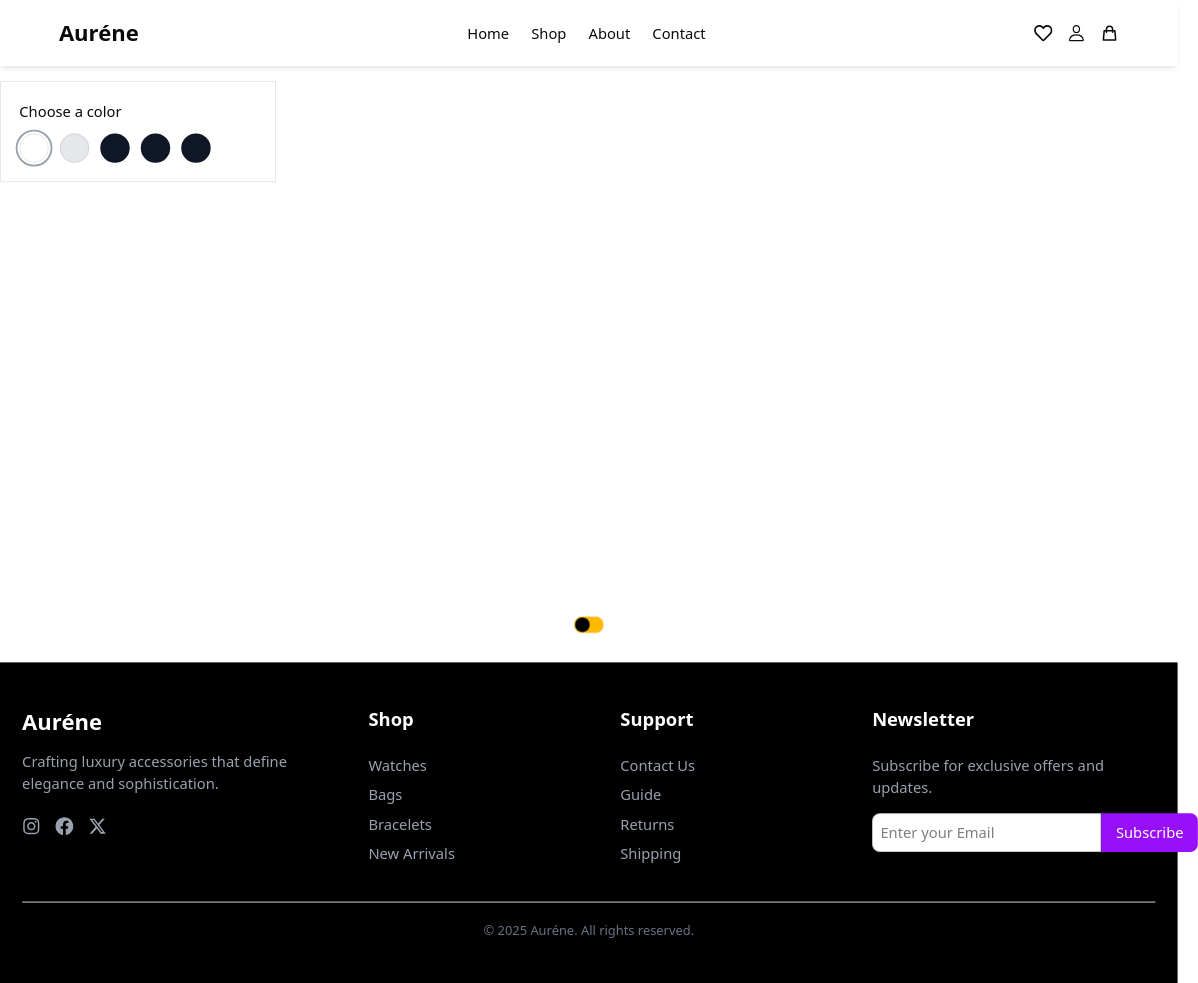
Repository: oehab30/Aur-ne-e-commerce-
Page: /Wishlist
An editor plug-in stored every save of this project. The page is shown before and after the next save, followed by the edit.
The browser window is 1280 px wide. The page is 1302 px wide, so the pictures cover 1302 px, including what lies to the right of the window. The pictures show the whole page, at 92% of full size.
The project was rebuilt for these pictures with package versions that can differ from the ones it lists, and the page was loaded fresh each time. Also part of the build but not shown: src/components/home-page/Hero.tsx, src/components/home-page/Hotoffers.tsx, src/components/home-page/Dontmiss.tsx, src/components/home-page/Featuredcollection.tsx, src/components/home-page/BestSellers.tsx, src/components/home-page/Summercollection.tsx, src/pages/Home.tsx, src/components/common/Categories.tsx and 7 more.

Above is the page before, as saved 2025-11-26 18:55:24.

### index.html
<!doctype html>
<html lang="en">
  <head>
    <meta charset="UTF-8" />
    <link rel="icon" type="image/svg+xml" href="/vite.svg" />
    <meta name="viewport" content="width=device-width, initial-scale=1.0" />
<link
  href="https://fonts.googleapis.com/css2?family=Playfair+Display:wght@400;500;600;700&display=swap"
  rel="stylesheet"
/>

    <title>vite-project</title>
  </head>
  <body>
    <div id="root"></div>
    <script type="module" src="/src/main.tsx"></script>
  </body>
</html>

### src/main.tsx
// main.tsx
import "./assets/styles/Modules.css";
import React from "react";
import ReactDOM from "react-dom/client";
import Routes from "./Routes/Routes"; // this is your router setup

ReactDOM.createRoot(document.getElementById("root")!).render(
  <React.StrictMode>
    <Routes />
  </React.StrictMode>
)

### src/assets/styles/Modules.css
@import url('https://fonts.googleapis.com/css2?family=Playfair+Display:wght@400;500;600;700&display=swap');

@import "tailwindcss";

@import "tw-animate-css";

@custom-variant dark (&:where(.dark *) );

:root {
  --primary: oklch(0.205 0 0);
  --buttons: #d5ae37;
  --radius: 0.625rem;
  --background: oklch(1 0 0);
  --foreground: oklch(0.145 0 0);
  --card: oklch(1 0 0);
  --card-foreground: oklch(0.145 0 0);
  --popover: oklch(1 0 0);
  --popover-foreground: oklch(0.145 0 0);
  --primary-foreground: oklch(0.985 0 0);
  --secondary: oklch(0.97 0 0);
  --secondary-foreground: oklch(0.205 0 0);
  --muted: oklch(0.97 0 0);
  --muted-foreground: oklch(0.556 0 0);
  --accent: oklch(0.97 0 0);
  --accent-foreground: oklch(0.205 0 0);
  --destructive: oklch(0.577 0.245 27.325);
  --border: oklch(0.922 0 0);
  --input: oklch(0.922 0 0);
  --ring: oklch(0.708 0 0);
  --chart-1: oklch(0.646 0.222 41.116);
  --chart-2: oklch(0.6 0.118 184.704);
  --chart-3: oklch(0.398 0.07 227.392);
  --chart-4: oklch(0.828 0.189 84.429);
  --chart-5: oklch(0.769 0.188 70.08);
  --sidebar: oklch(0.985 0 0);
  --sidebar-foreground: oklch(0.145 0 0);
  --sidebar-primary: oklch(0.205 0 0);
  --sidebar-primary-foreground: oklch(0.985 0 0);
  --sidebar-accent: oklch(0.97 0 0);
  --sidebar-accent-foreground: oklch(0.205 0 0);
  --sidebar-border: oklch(0.922 0 0);
  --sidebar-ring: oklch(0.708 0 0);
}

@theme inline {
  --radius-sm: calc(var(--radius) - 4px);
  --radius-md: calc(var(--radius) - 2px);
  --radius-lg: var(--radius);
  --radius-xl: calc(var(--radius) + 4px);
  --color-background: var(--background);
  --color-foreground: var(--foreground);
  --color-card: var(--card);
  --color-card-foreground: var(--card-foreground);
  --color-popover: var(--popover);
  --color-popover-foreground: var(--popover-foreground);
  --color-primary: var(--primary);
  --color-primary-foreground: var(--primary-foreground);
  --color-secondary: var(--secondary);
  --color-secondary-foreground: var(--secondary-foreground);
  --color-muted: var(--muted);
  --color-muted-foreground: var(--muted-foreground);
  --color-accent: var(--accent);
  --color-accent-foreground: var(--accent-foreground);
  --color-destructive: var(--destructive);
  --color-border: var(--border);
  --color-input: var(--input);
  --color-ring: var(--ring);
  --color-chart-1: var(--chart-1);
  --color-chart-2: var(--chart-2);
  --color-chart-3: var(--chart-3);
  --color-chart-4: var(--chart-4);
  --color-chart-5: var(--chart-5);
  --color-sidebar: var(--sidebar);
  --color-sidebar-foreground: var(--sidebar-foreground);
  --color-sidebar-primary: var(--sidebar-primary);
  --color-sidebar-primary-foreground: var(--sidebar-primary-foreground);
  --color-sidebar-accent: var(--sidebar-accent);
  --color-sidebar-accent-foreground: var(--sidebar-accent-foreground);
  --color-sidebar-border: var(--sidebar-border);
  --color-sidebar-ring: var(--sidebar-ring);
}

.dark {
  --background: oklch(0.145 0 0);
  --foreground: oklch(0.985 0 0);
  --card: oklch(0.205 0 0);
  --card-foreground: oklch(0.985 0 0);
  --popover: oklch(0.205 0 0);
  --popover-foreground: oklch(0.985 0 0);
  --primary: oklch(0.922 0 0);
  --primary-foreground: oklch(0.205 0 0);
  --secondary: oklch(0.269 0 0);
  --secondary-foreground: oklch(0.985 0 0);
  --muted: oklch(0.269 0 0);
  --muted-foreground: oklch(0.708 0 0);
  --accent: oklch(0.269 0 0);
  --accent-foreground: oklch(0.985 0 0);
  --destructive: oklch(0.704 0.191 22.216);
  --border: oklch(1 0 0 / 10%);
  --input: oklch(1 0 0 / 15%);
  --ring: oklch(0.556 0 0);
  --chart-1: oklch(0.488 0.243 264.376);
  --chart-2: oklch(0.696 0.17 162.48);
  --chart-3: oklch(0.769 0.188 70.08);
  --chart-4: oklch(0.627 0.265 303.9);
  --chart-5: oklch(0.645 0.246 16.439);
  --sidebar: oklch(0.205 0 0);
  --sidebar-foreground: oklch(0.985 0 0);
  --sidebar-primary: oklch(0.488 0.243 264.376);
  --sidebar-primary-foreground: oklch(0.985 0 0);
  --sidebar-accent: oklch(0.269 0 0);
  --sidebar-accent-foreground: oklch(0.985 0 0);
  --sidebar-border: oklch(1 0 0 / 10%);
  --sidebar-ring: oklch(0.556 0 0);
}

@layer base {
  * {
    @apply border-border outline-ring/50;
  }
  body {
    @apply bg-background text-foreground;
  }
}

:root {
  --main: #d5ae37;
  --button:#cb8b04;
}

/* Hide scrollbar (optional) */
.scrollbar-hide::-webkit-scrollbar {
  display: none;
}
.scrollbar-hide {
  -ms-overflow-style: none;
  scrollbar-width: none;
}

### src/Routes/Routes.tsx
// Routes.tsx
import React from "react";
import { createBrowserRouter, RouterProvider } from "react-router";
import Layout from "../components/common/layout";
import Home from "../pages/Home";
import Shop from "../pages/Shop";
import Cart from "../pages/cart";
import Profile from "../pages/Profile";
import About from "../pages/About";
import Contact from "../pages/Contact";
import Error from "../pages/Error";
import Wishlist from "../pages/Wishlist";
import Login from "../components/login-page/Loginform"
const router = createBrowserRouter([
  {
    element: <Layout />,
    children: [
      { path: "/", element: <Home /> },
      { path: "/Shop/:category", element: <Shop /> },
      { path: "/about", element: <About /> },
      { path: "/contact", element: <Contact /> },
      { path: "/Login", element: <Login /> },
      { path: "/Wishlist", element: <Wishlist /> },
      { path: "/cart", element: <Cart /> },
      { path: "/Profile", element: <Profile /> },
    ],
  },
 { path: "*", element: <Error/> },
]);

function Routes() {
  return <RouterProvider router={router} />;
}

export default Routes;

### src/components/common/layout.tsx
// Layout.tsx
import React from "react";
import Navbar from "./navbar";
import { Outlet } from "react-router-dom";
import Darkmode from "./Darkmode";
import Footer from "./Footer";

function Layout() {
  return (
    <>
      <Navbar    />
      <main className="min-h-screen  pt-18">
<Darkmode/>
        <Outlet />        {/* 👈 Page content changes here */}
      </main>
      <Footer  />
    </>
  );
}

export default Layout;

### src/pages/Wishlist.tsx
import React from 'react'
import Color from '../components/Shop-page/color'

function Wishlist() {
  return (
    <Color/>
  )
}

export default Wishlist

### src/components/common/navbar.tsx
import React, { useState } from "react";
import { Link } from "react-router-dom";
import { FaRegHeart } from "react-icons/fa";
import { HiOutlineShoppingBag } from "react-icons/hi";
import { IoPersonOutline } from "react-icons/io5";

function Navbar() {
  const [menuOpen, setMenuOpen] = useState(false);

  return (
    <nav className="w-full fixed  shadow-md bg-white dark:bg-black z-[100] ">
      <div className="max-w-[1280px] mx-auto flex justify-between items-center py-5 px-6 md:px-16">
        {/* Logo */}
        <Link to="/" className="text-2xl font-semibold font-[Playfair Display]  dark:text-white">
          Auréne
        </Link>

        {/* Desktop Links */}
        <div className="hidden md:flex gap-6 font-medium  ">
          <Link to="/" className="hover:text-[var(--main)] dark:hover:text-[var(--main)] duration-300">Home</Link>
          <Link to="/Shop/:category" className="hover:text-[var(--main)] dark:hover:text-[var(--main)] duration-300">Shop</Link>
          <Link to="/about" className="hover:text-[var(--main)] dark:hover:text-[var(--main)] duration-300">About</Link>
          <Link to="/contact" className="hover:text-[var(--main)] dark:hover:text-[var(--main)] duration-300">Contact</Link>
        </div>

        {/* Icons + Login */}
        <div className="hidden md:flex items-center gap-4 text-xl  dark:text-white">
          <Link to="/wishlist" className="hover:text-[var(--main)] dark:hover:text-[var(--main)] duration-300"><FaRegHeart /></Link>
          <Link to="/Login" className="hover:text-[var(--main)] dark:hover:text-[var(--main)] duration-300"><IoPersonOutline /></Link>
          <Link to="/cart" className="hover:text-[var(--main)] dark:hover:text-[var(--main)] duration-300"><HiOutlineShoppingBag /></Link>
        </div>

        {/* Mobile Menu Button */}
        <button
          onClick={() => setMenuOpen(!menuOpen)}
          className="md:hidden text-3xl text-gray-700  focus:outline-none"
        >
          ☰
        </button>
      </div>

      {/* Mobile Menu */}
      {menuOpen && (
        <div className="md:hidden flex flex-col items-center gap-4 py-6 bg-white dark:bg-black  dark:text-white shadow-lg">
          <Link to="/" onClick={() => setMenuOpen(false)} className="hover:text-[var(--main)] dark:hover:text-[var(--main)] duration-300">Home</Link>
          <Link to="/Shop/:category" onClick={() => setMenuOpen(false)} className="hover:text-[var(--main)] dark:hover:text-[var(--main)] duration-300">Shop</Link>
          <Link to="/about" onClick={() => setMenuOpen(false)} className="hover:text-[var(--main)] dark:hover:text-[var(--main)] duration-300">About</Link>
          <Link to="/contact" onClick={() => setMenuOpen(false)} className="hover:text-[var(--main)] dark:hover:text-[var(--main)] duration-300">Contact</Link>
        </div>
      )}
    </nav>
  );
}

export default Navbar;

### src/components/common/Darkmode.tsx
import React, { useEffect, useState } from 'react';
import { Switch } from "@/components/ui/switch"
function Darkmode() {
  const [mode, setMode] = useState(false);

  useEffect(() => {
    if (mode) {
      document.body.classList.add('dark');
    } else {
      document.body.classList.remove('dark');
    }
  }, [mode]);

  return (
    <>
      <Switch  onClick={() => setMode(!mode)} className=" px- fixed bottom-8 left-1/2 -translate-x-1/2 z-50">

      </Switch>
    </>
  );
}

export default Darkmode;

### src/components/common/Footer.tsx
import React from 'react';
import { FaInstagram, FaFacebook } from "react-icons/fa";
import { FaXTwitter } from "react-icons/fa6";
import { Link } from 'react-router-dom';

function Footer() {
  return (
    <footer className="bg-black text-gray-400 px-6 py-12">
      <div className="max-w-7xl mx-auto flex flex-col md:flex-row justify-between gap-10">

        {/* Brand */}
        <div className="flex flex-col gap-4 md:w-1/4">
          <h1 className="text-2xl text-white font-bold">Auréne</h1>
          <p className="text-gray-400">
            Crafting luxury accessories that define elegance and sophistication.
          </p>
          <div className="flex gap-4 text-xl mt-2">
            <Link to="#" className="hover:text-purple-600 transition-colors"><FaInstagram /></Link>
            <Link to="#" className="hover:text-purple-600 transition-colors"><FaFacebook /></Link>
            <Link to="#" className="hover:text-purple-600 transition-colors"><FaXTwitter /></Link>
          </div>
        </div>

        {/* Shop Links */}
        <div className="flex flex-col gap-2 md:w-1/6">
          <h2 className="text-xl text-white font-semibold mb-4">Shop</h2>
          <Link to="#" className="hover:text-purple-600 transition-colors">Watches</Link>
          <Link to="#" className="hover:text-purple-600 transition-colors">Bags</Link>
          <Link to="#" className="hover:text-purple-600 transition-colors">Bracelets</Link>
          <Link to="#" className="hover:text-purple-600 transition-colors">New Arrivals</Link>
        </div>

        {/* Support Links */}
        <div className="flex flex-col gap-2 md:w-1/6">
          <h2 className="text-xl text-white font-semibold mb-4">Support</h2>
          <Link to="#" className="hover:text-purple-600 transition-colors">Contact Us</Link>
          <Link to="#" className="hover:text-purple-600 transition-colors">Guide</Link>
          <Link to="#" className="hover:text-purple-600 transition-colors">Returns</Link>
          <Link to="#" className="hover:text-purple-600 transition-colors">Shipping</Link>
        </div>

        {/* Newsletter */}
        <div className="flex flex-col gap-4 md:w-1/4">
          <h2 className="text-xl text-white font-semibold mb-2">Newsletter</h2>
          <p className="text-gray-400">Subscribe for exclusive offers and updates.</p>

          <form className="flex ">
            <input
             type="email"
             placeholder="Enter your Email"
            className="flex-1 p-2 rounded-l-md border border-gray-300 focus:border-purple-600 focus:outline-none text-black bg-white"
             />

            <button
              type="submit"
              className="bg-purple-600 text-white px-4 rounded-r-md hover:bg-purple-700 transition-colors"
            >
              Subscribe
            </button>
          </form>
        </div>
      </div>

      <div className="mt-10 text-center text-gray-500 text-sm">
        <hr /> <br />
        &copy; {new Date().getFullYear()} Auréne. All rights reserved.
      </div>
    </footer>
  );
}

export default Footer;

### src/components/Shop-page/color.tsx
import React from 'react'
import classNames from 'classnames'

function Color() {
  const product = {
    colors: [
      { id: 'white', name: 'White', classes: 'bg-white checked:outline-gray-400' },
      { id: 'gray', name: 'Gray', classes: 'bg-gray-200 checked:outline-gray-400' },
      { id: 'black', name: 'Black', classes: 'bg-gray-900 checked:outline-gray-900' },
      { id: 'black', name: 'Black', classes: 'bg-gray-900 checked:outline-gray-900' },
      { id: 'black', name: 'Black', classes: 'bg-gray-900 checked:outline-gray-900' },
    ],
  };

  return (
    <fieldset aria-label="Choose a color" className="mt-4 border-1 p-5 w-[300px] ">
        <h1 className='mb-3'>Choose a color</h1>
      <div className="flex items-center gap-x-3">
        {product.colors.map((color, index) => (
          <div
            key={color.id}
            className="flex rounded-full outline -outline-offset-1 outline-black/10"
          >
            <input
              value={color.id}
              defaultChecked={index === 0}
              name="color"
              type="radio"
              aria-label={color.name}
              className={classNames(
                color.classes,
                'size-8 appearance-none rounded-full forced-color-adjust-none checked:outline-2 checked:outline-offset-2 focus-visible:outline-3 focus-visible:outline-offset-3'
              )}
            />
          </div>
        ))}
      </div>
    </fieldset>
  );
}

export default Color;

### src/components/ui/switch.tsx
import * as React from "react"
import * as SwitchPrimitive from "@radix-ui/react-switch"

import { cn } from "@/lib/utils"

function Switch({
  className,
  ...props
}: React.ComponentProps<typeof SwitchPrimitive.Root>) {
  return (
    <SwitchPrimitive.Root
      data-slot="switch"
      className={cn(
        "peer data-[state=checked]:bg-white data-[state=unchecked]:bg-amber-400 focus-visible:border-ring focus-visible:ring-ring/50 dark:data-[state=unchecked]:bg-gray-500/80 inline-flex h-[1.15rem] w-8 shrink-0 items-center rounded-full border border-transparent shadow-xs transition-all outline-none focus-visible:ring-[3px] disabled:cursor-not-allowed disabled:opacity-50",
        className
      )}
      {...props}
    >
      <SwitchPrimitive.Thumb
        data-slot="switch-thumb"
        className={cn(
          "bg-black dark:data-[state=unchecked]:bg-gray-200 dark:data-[state=checked]:bg-blue-600 pointer-events-none block size-4 rounded-full ring-0 transition-transform data-[state=checked]:translate-x-[calc(100%-2px)] data-[state=unchecked]:translate-x-0"
        )}
      />
    </SwitchPrimitive.Root>
  )
}

export { Switch }

Loaded but not shown: src/Lib/utils.js (common file)

After the next save:
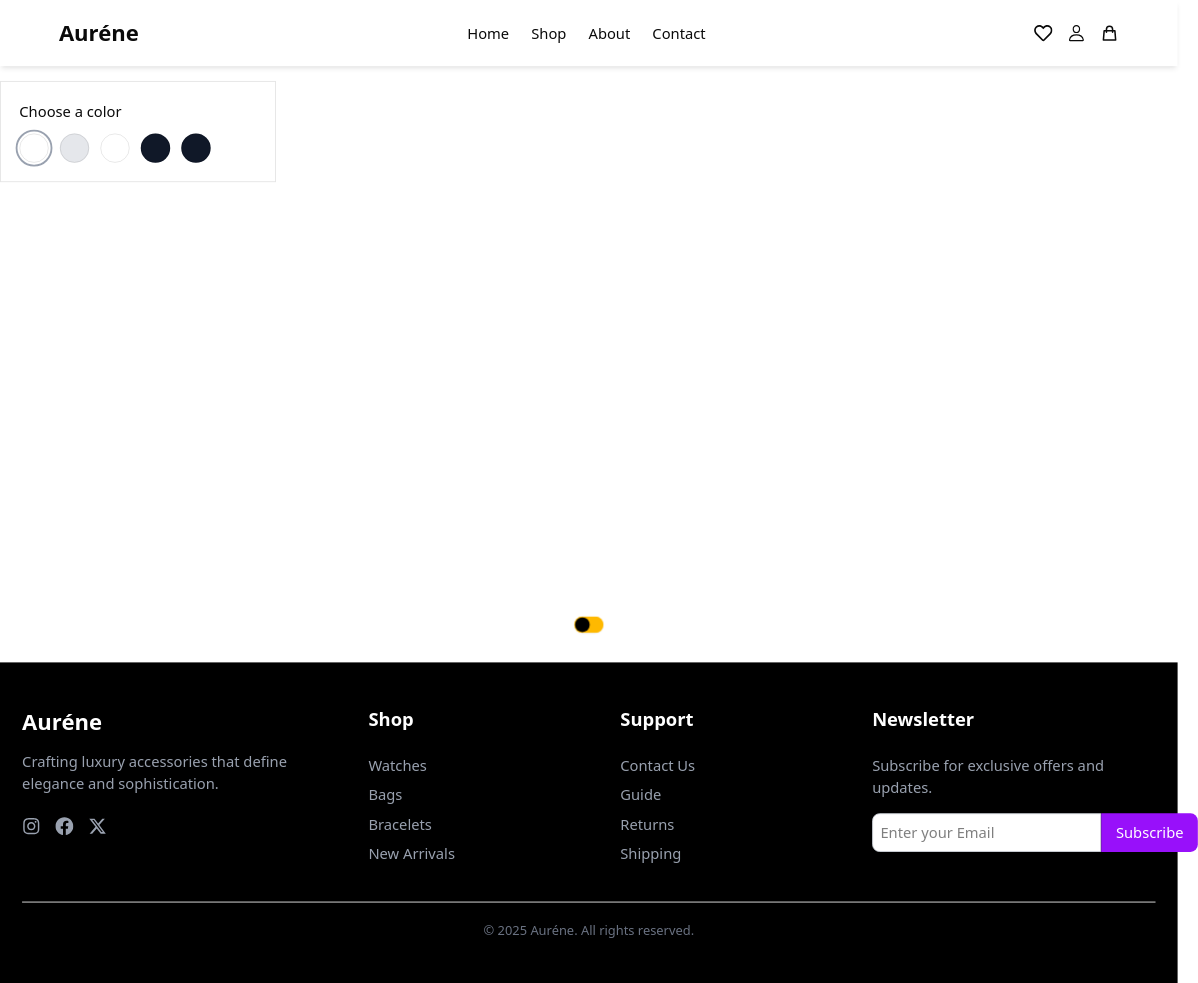
Saved 16 s later.
--- a/src/components/Shop-page/color.tsx
+++ b/src/components/Shop-page/color.tsx
@@ -6,7 +6,7 @@ function Color() {
     colors: [
       { id: 'white', name: 'White', classes: 'bg-white checked:outline-gray-400' },
       { id: 'gray', name: 'Gray', classes: 'bg-gray-200 checked:outline-gray-400' },
-      { id: 'black', name: 'Black', classes: 'bg-gray-900 checked:outline-gray-900' },
+      { id: 'black', name: 'Black', classes: 'bg- checked:outline-gray-900' },
       { id: 'black', name: 'Black', classes: 'bg-gray-900 checked:outline-gray-900' },
       { id: 'black', name: 'Black', classes: 'bg-gray-900 checked:outline-gray-900' },
     ],
